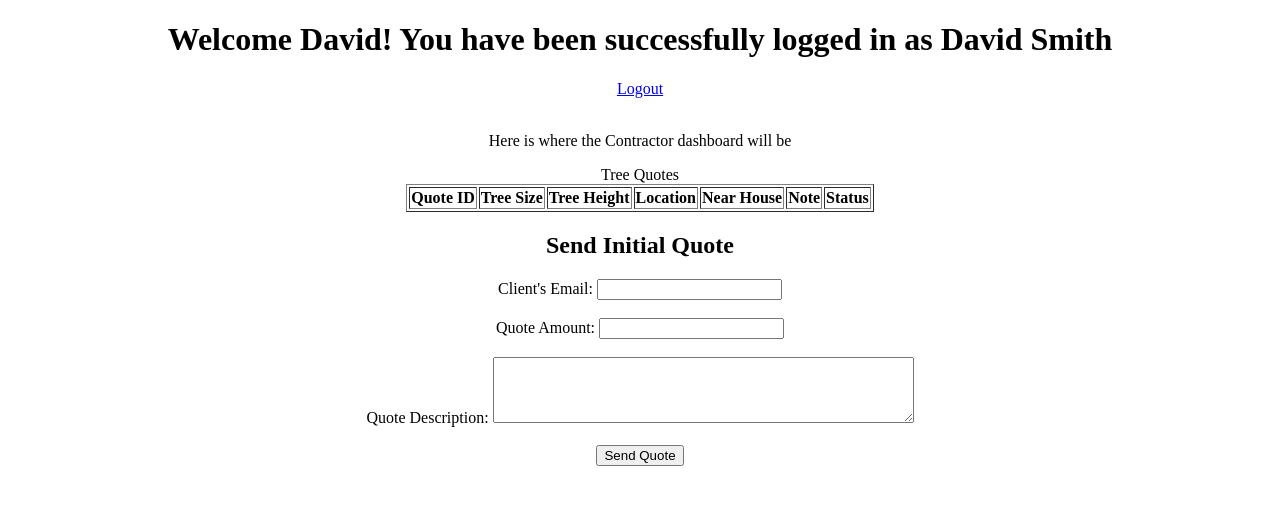
Repository: jrule5960/Tree-Cutting-Database
Page: http://localhost/database/DavidSmithView.jsp
These files come from the project's save history. The page is drawn as it stood at one moment and after the next save; the edit follows.
The browser window is 1280 px wide. The pictures show the whole page.
The page is served by Tomcat 9. Queries for data that is not in the repository find no rows.

Above is the page before, as saved 2023-11-06 21:30:01.

After the next save:
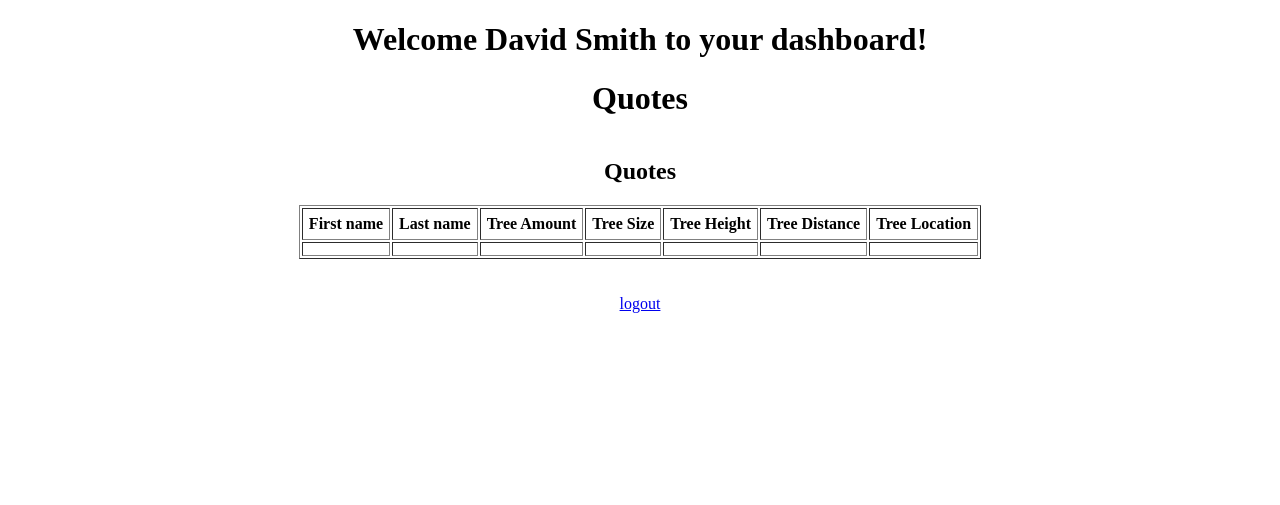
Saved 1 s later.
--- a/database/WebContent/DavidSmithView.jsp
+++ b/database/WebContent/DavidSmithView.jsp
@@ -1,98 +1,46 @@
-<%@ page language="java" contentType="text/html; charset=ISO-8859-1" pageEncoding="ISO-8859-1" %>
-<%@ taglib uri="http://java.sun.com/jsp/jstl/core" prefix="c" %>
-
-<%-- Import necessary Java classes --%>
-<%@ page import="java.sql.*" %>
-
+<%@ page language="java" contentType="text/html; charset=UTF-8"
+    pageEncoding="UTF-8"%>
 <!DOCTYPE html>
 <html>
 <head>
-    <meta charset="ISO-8859-1">
-    <title>Contractor DAVID'S Page</title>
+<meta charset="UTF-8">
+<title>David Smith Dashboard</title>
 </head>
 <body>
-    <center>
-        <h1>Welcome David! You have been successfully logged in as David Smith</h1>
-    </center>
+<center>
+<h1>Welcome David Smith to your dashboard!</h1>
 
-    <center>
-        <a href="login.jsp" target="_self">Logout</a><br><br>
-        <p>Here is where the Contractor dashboard will be</p>
-
-        <%-- Retrieve and display tree quotes --%>
-        <table border="1">
-            <caption>Tree Quotes</caption>
+<h1>Quotes</h1>
+    <div align="center">
+        <table border="1" cellpadding="6">
+            <caption><h2>Quotes</h2></caption>
             <tr>
-                <th>Quote ID</th>
+                <th>First name</th>
+                <th>Last name</th>
+                <th>Tree Amount</th>
                 <th>Tree Size</th>
                 <th>Tree Height</th>
-                <th>Location</th>
-                <th>Near House</th>
-                <th>Note</th>
-                <th>Status</th>
+                <th>Tree Distance</th>
+                <th>Tree Location</th>
             </tr>
+            <c:forEach var="users" items="${listUser}">
+                <tr style="text-align:center">
+                    <td><c:out value="${users.firstName}" /></td>
+                    <td><c:out value="${users.lastName}" /></td>
+                    <td><c:out value="${users.tree_amt}" /></td>
+			        <td><c:out value="${users.tree_size}" /></td>
+			        <td><c:out value="${users.tree_height}" /></td>
+                    <td><c:out value="${users.tree_distance}" /></td>
+                    <td><c:out value="${users.tree_location}" /></td>
 
-            <%
-            try {
-                // Database connection parameters
-                String url = "jdbc:mysql://your-database-url";
-                String user = "your-username";
-                String password = "your-password";
+            </c:forEach>
+        </table>
+	</div>
+	</div>
 
-                Class.forName("com.mysql.cj.jdbc.Driver");
-                Connection connection = DriverManager.getConnection(url, user, password);
 
-                // Query to retrieve tree quotes
-                String selectQuery = "SELECT * FROM TreeRequest";
-                Statement statement = connection.createStatement();
-                ResultSet resultSet = statement.executeQuery(selectQuery);
+<br> <br> <a href="login.jsp"target ="_self" > logout</a><br><br>
 
-                while (resultSet.next()) {
-                    int quoteID = resultSet.getInt("RequestID");
-                    double treeSize = resultSet.getDouble("TreeSize");
-                    double treeHeight = resultSet.getDouble("TreeHeight");
-                    String location = resultSet.getString("Location");
-                    boolean nearHouse = resultSet.getBoolean("NearHouse");
-                    String note = resultSet.getString("Note");
-                    String status = resultSet.getString("Status");
-
-                    %>
-                    <tr>
-                        <td><%= quoteID %></td>
-                        <td><%= treeSize %></td>
-                        <td><%= treeHeight %></td>
-                        <td><%= location %></td>
-                        <td><%= nearHouse %></td>
-                        <td><%= note %></td>
-                        <td><%= status %></td>
-                    </tr>
-                    <%
-                }
-                resultSet.close();
-                statement.close();
-                connection.close();
-            } catch (Exception e) {
-                e.printStackTrace();
-            }
-            %>
-        </table>
-        <%
-        %>
-
-        <%-- Form to send an initial quote to a client --%>
-        <form action="sendQuote.jsp" method="post">
-            <h2>Send Initial Quote</h2>
-            <label for="clientEmail">Client's Email:</label>
-            <input type="email" name="clientEmail" required><br><br>
-
-            <label for="quoteAmount">Quote Amount:</label>
-            <input type="number" name="quoteAmount" required><br><br>
-
-            <label for="quoteDescription">Quote Description:</label>
-            <textarea name="quoteDescription" rows="4" cols="50"></textarea><br><br>
-
-            <input type="submit" value="Send Quote">
-        </form>
-    </center>
+</center>
 </body>
 </html>
